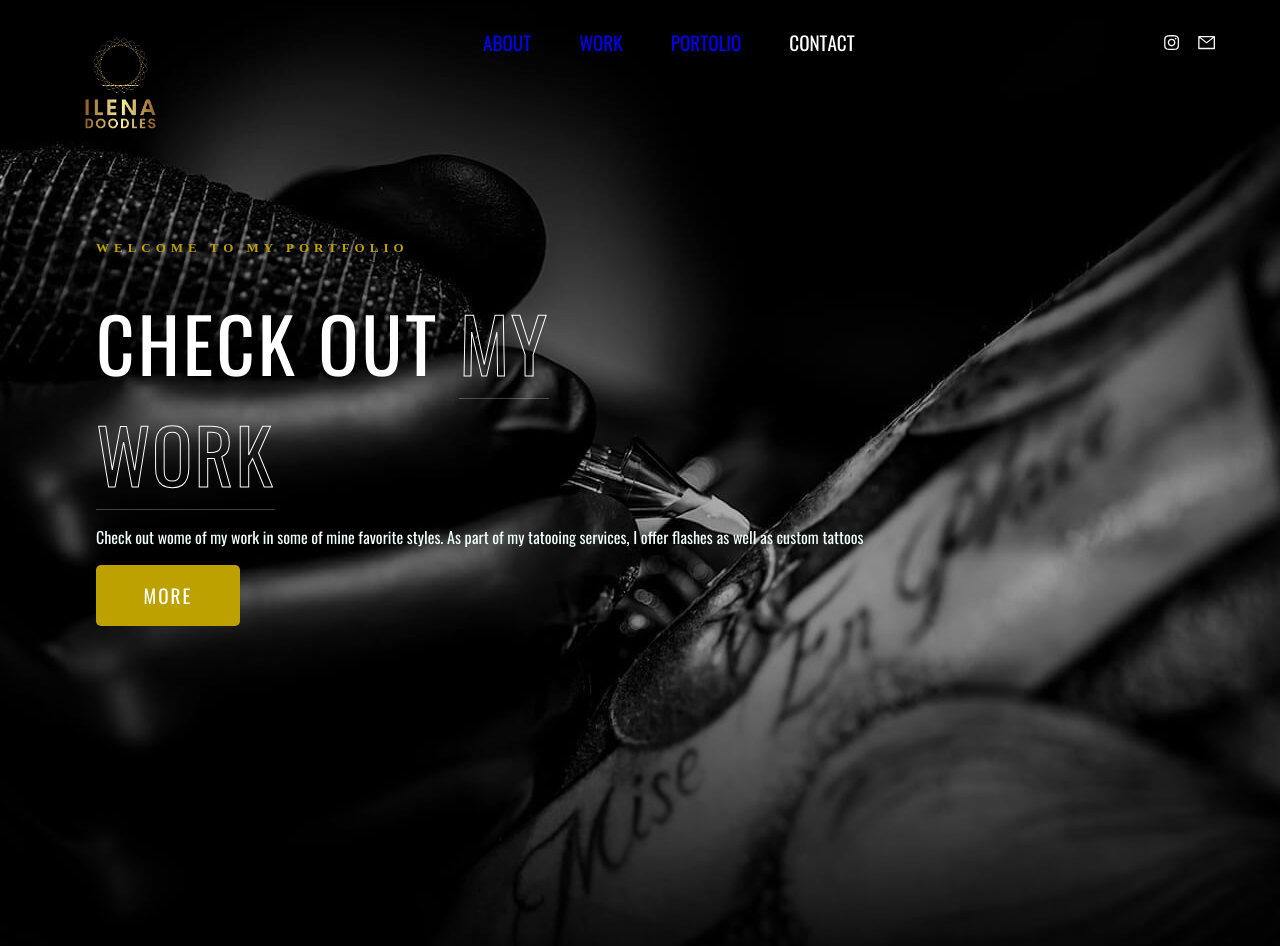
Repository: Leoka2000/Ilena
Page: /portfolio
An editor plug-in stored every save of this project. The page is shown before and after the next save, followed by the edit.
The browser window is 1280 px wide. The pictures show the whole page.
Backgrounds fixed to the window are drawn as part of the page. Some web fonts or font styles are not loaded; a fallback is used. The project was rebuilt for these pictures with package versions that can differ from the ones it lists, and the page was loaded fresh each time. Also part of the build but not shown: src/pages/hero/hero.css, src/pages/hero/hero.js, src/pages/about/about.css, src/pages/about/about.jsx, src/pages/home/home.js.

Above is the page before, as saved 2023-03-03 23:10:39.

After the next save:
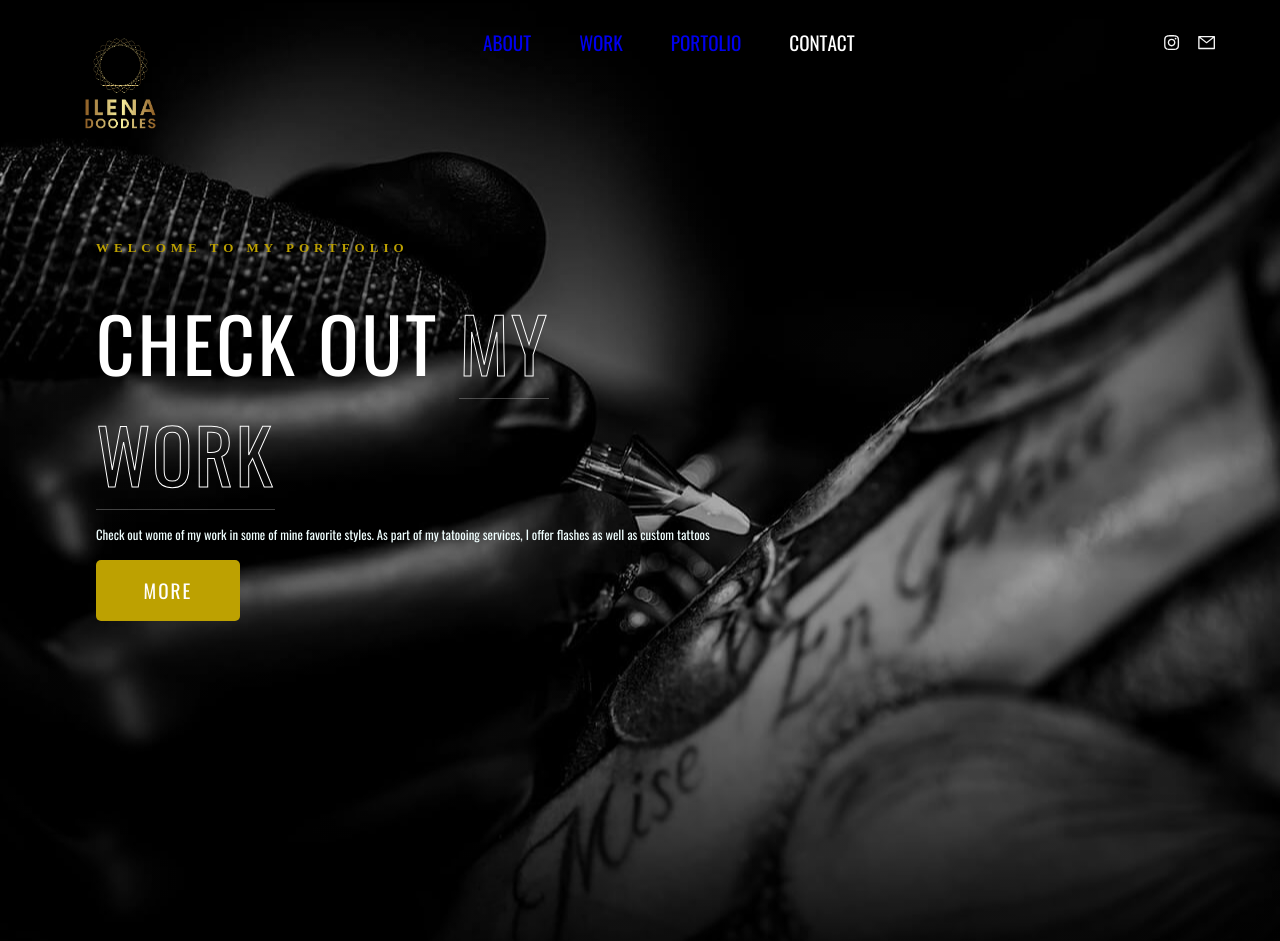
Saved 20 s later.
--- a/src/pages/portfolio/portfolio-hero.css
+++ b/src/pages/portfolio/portfolio-hero.css
@@ -63,6 +63,7 @@ letter-spacing: 3px;
 }
 .portfolio-hero-section > small {
     font-family: 'Oswald', sans-serif;
+    font-size: 0.8rem;
 }
 .portfolio-hero-section > button:hover {
     color: black;
